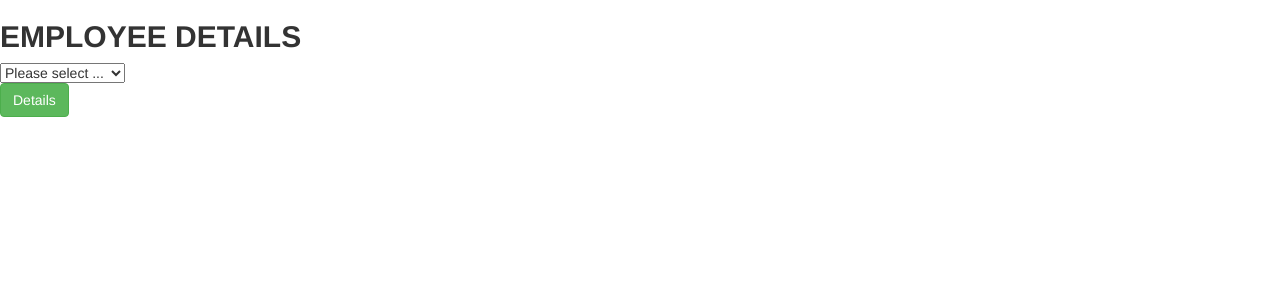
Repository: royakash07/FirstWebApplication
Page: http://localhost/SampleWebApplication/Details.jsp
These files come from the project's save history. The page is drawn as it stood at one moment and after the next save; the edit follows.
The browser window is 1280 px wide. The pictures show the whole page.
Some web libraries are served in a nearby version. The page is served by Tomcat 9.

Above is the page before, as saved 2017-12-01 07:45:13.

After the next save:
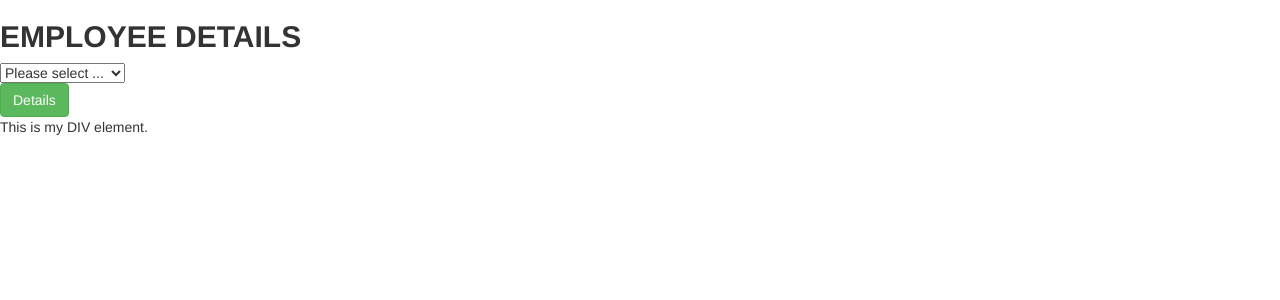
Saved 40 s later.
--- a/SampleWebApplication/WebContent/Details.jsp
+++ b/SampleWebApplication/WebContent/Details.jsp
@@ -42,6 +42,9 @@ function myFunction() {
 <tr>
 </table>
 <input type="button"class="btn btn-success" value="Details" onclick="myFunction()">
+<div id="myDIV">
+This is my DIV element.
+</div>
 </form>
 </body>
 </html>
